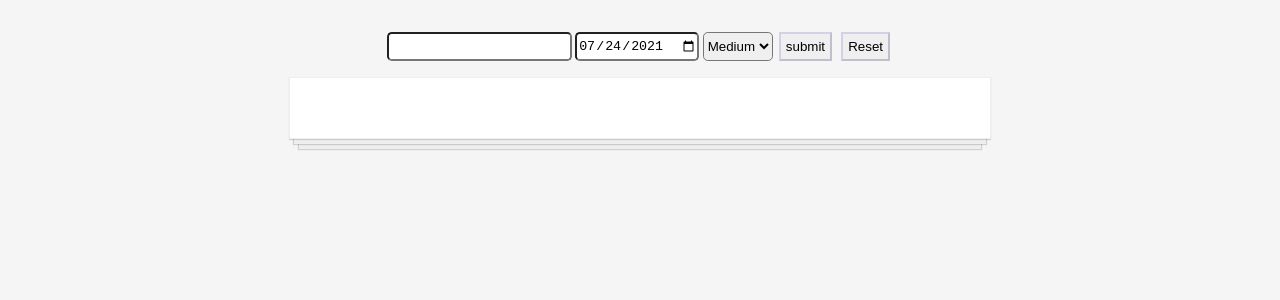
Repository: 0101chaitanya/react-todo
Page: /
These files come from the project's save history. The page is drawn as it stood at one moment and after the next save; the edit follows.
The browser window is 1280 px wide. The pictures show the whole page.
The project was rebuilt for these pictures with package versions that can differ from the ones it lists, and the page was loaded fresh each time. Also part of the build but not shown: src/components/TodoItem.js.

Above is the page before, as saved 2021-07-24 16:40:29.

After the next save:
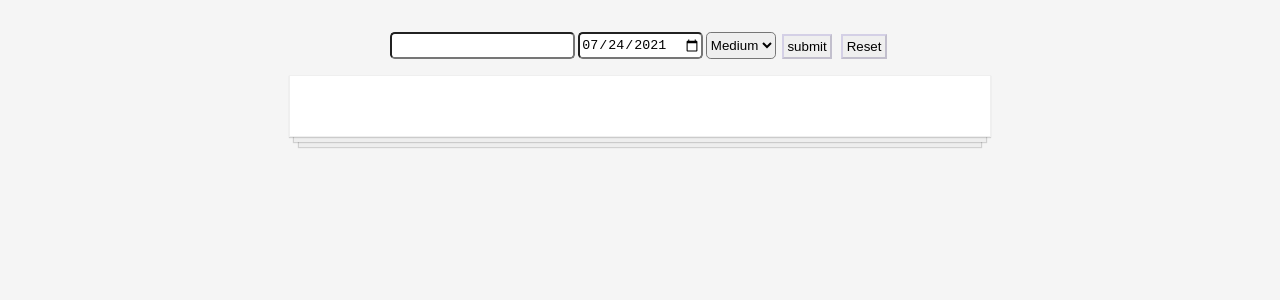
Saved 15 s later.
--- a/src/App.css
+++ b/src/App.css
@@ -57,7 +57,7 @@ input[type="checkbox"]:focus {
 button,
 input[type="submit"],
 input[type="reset"] {
-  padding: 0.3rem;
+  padding: 0.2rem;
   border-color: rgba(152, 138, 212, 0.301);
   margin: 0 0.2rem;
 }
